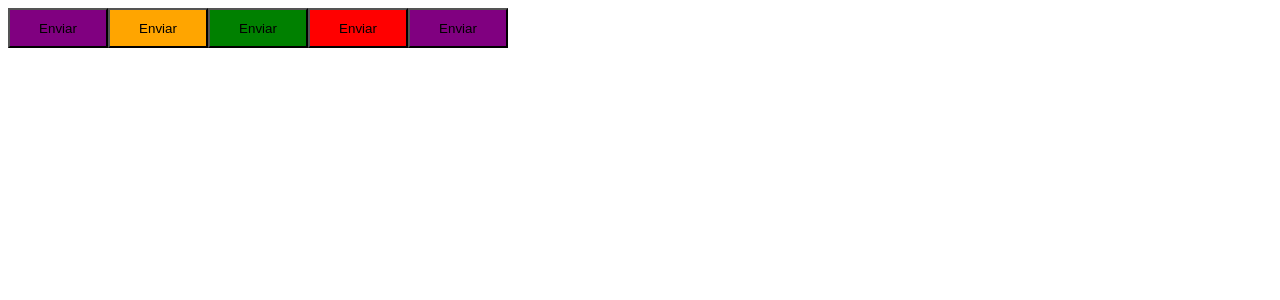
Repository: VictorDS87/Timer
Page: /
An editor plug-in stored every save of this project. The page is shown before and after the next save, followed by the edit.
The browser window is 1280 px wide. The pictures show the whole page.
The project was rebuilt for these pictures with package versions that can differ from the ones it lists, and the page was loaded fresh each time.

Above is the page before, as saved 2022-11-21 13:10:27.

After the next save:
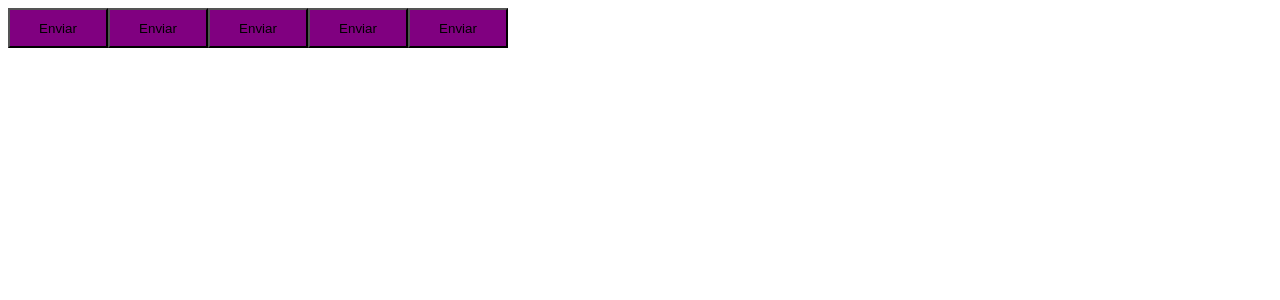
Saved 85 s later.
--- a/src/components/Button.styles.ts
+++ b/src/components/Button.styles.ts
@@ -17,7 +17,9 @@ export const ButtonContainer = styled.button<ButtonContainerProps>`
   width: 100px;
   height: 40px;
 
-  ${props => {
+  background-color: ${props => props.theme.primary}
+
+  /* ${props => {
     return `background-color: ${buttonVariants[props.variant]}`
-  }}
+  }} */
 `
